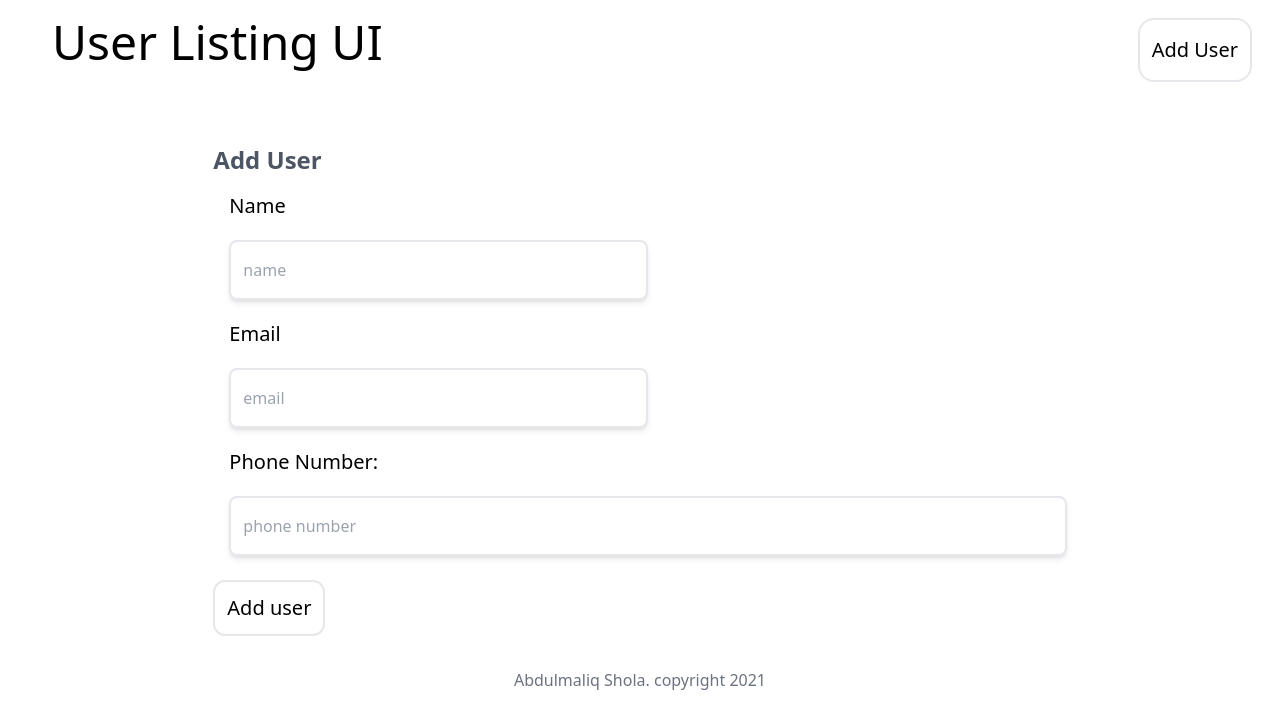
Repository: Marlstergo/listings
Page: /adduser (app in client/)
The author's editor kept a copy of each file at every save. The page is drawn from the files as they stood at one save, then again after the next save.
The browser window is 1280 px wide. The pictures show the whole page.
The project was rebuilt for these pictures with package versions that can differ from the ones it lists, and the page was loaded fresh each time. Also part of the build but not shown: client/craco.config.js, client/src/components/userRowhome.js, client/src/components/Home.js, client/src/components/UserRow.jsx, client/src/components/List.js, client/src/components/EditUser.js.

Above is the page before, as saved 2021-07-21 18:05:30.

### client/src/index.js
/* eslint-disable no-unused-vars */
import React from "react";
import ReactDOM from "react-dom";
import "./index.css";
import App from "./App";
import reportWebVitals from "./reportWebVitals";
import { BrowserRouter as Router } from 'react-router-dom';
import { Provider } from "react-redux";
import { store } from "./redux/store";
import { PersistGate } from "redux-persist/integration/react";
import { persistor } from "./redux/store";

ReactDOM.render(
  <React.StrictMode>
    <Provider store={store}>
      <Router>
        <PersistGate persistor={persistor}>
          <App />
        </PersistGate>
      </Router>
    </Provider>
  </React.StrictMode>,
  document.getElementById("root")
);

// If you want to start measuring performance in your app, pass a function
// to log results (for example: reportWebVitals(console.log))
// or send to an analytics endpoint. Learn more: https://bit.ly/CRA-vitals
reportWebVitals();

### client/src/App.js
import React, { useState } from "react";
import { BrowserRouter, Route, Switch, useLocation } from "react-router-dom";
import Header from "./components/Header";
import Home from "./components/Home";
import List from "./components/List";
import AddUser from "./components/addUser";
// import Toppings from "./components/Toppings";
import Order from "./components/EditUser";
// import Modal from "./components/Modal";
import { AnimatePresence } from "framer-motion";
import Footer from "./components/footer";

function App() {
  const location = useLocation();
  const showModal = true;

  return (
    <>
      <Header />
      {/* <Modal showModal={showModal} /> */}
      <AnimatePresence exitBeforeEnter>
        <BrowserRouter>
          <Switch>
            <Route exact name="home" path="/">
              <Home />
            </Route>
            {/* <Route exact path="/createUpdateUser">
            <Toppings />
          </Route> */}
            <Route path="/edit" exact name="order">
              <Order />
            </Route>
            <Route path="/view" exact name="view">
              <List />
            </Route>
            <Route path="/adduser" exact name="adduser">
              <AddUser />
            </Route>
          </Switch>
        </BrowserRouter>
      </AnimatePresence>
      <Footer />
    </>
  );
}

export default App;

### client/src/redux/store.js
import { createStore, applyMiddleware } from "redux";
import { logger } from 'redux-logger';
import {persistStore} from 'redux-persist';
// import thunk from 'redux-thunk'
import createSagaMiddleware from 'redux-saga'

import rootSaga from './root-sagas'

import rootReducer from './root-reducer';

const sagaMiddleware = createSagaMiddleware()

const middleware = [sagaMiddleware];

if( process.env.NODE_ENV === 'development'){
    middleware.push(logger)
}

export const store = createStore(rootReducer, applyMiddleware(...middleware))

sagaMiddleware.run(rootSaga)

export const persistor = persistStore(store)

export default (store, persistor);

### client/src/components/Header.js
import React from "react";
import { motion } from "framer-motion";
import { Link } from "react-router-dom";
import {withRouter} from 'react-router-dom'


const svgVariants = {
  hidden: { rotate: -180 },
  visible: {
    rotate: 0,
    transition: { duration: 1 },
  },
};

const pathVariants = {
  hidden: {
    opacity: 0,
    pathLength: 0,
  },
  visible: {
    opacity: 1,
    pathLength: 1,
    transition: {
      duration: 2,
      ease: "easeInOut",
    },
  },
};

const buttonVariants = {
  show: {
    y: [0, -20],
    x: 0,
    textShadow: "0px 0px 8px rgb(255,255,255)",
    boxShadow: "0px 0px 8px rgb(255,255,255)",
    transition: {
      duration: 0.3,
      yoyo: Infinity,
      ease: "easeOut",
    },
  },
};

const Header = ({history}) => {
  console.log(history.location.pathname)
  return (
    <header className="flex p-7 w-full justify-between  items-center">
      {/* <motion.div
        className="logo"
        drag
        dragConstraints={{ left: 0, top: 0, right: 0, bottom: 0 }}
        dragElastic={0.7}
      >

      </motion.div> */}
      <motion.div
        className=" flex justify-between w-full ml-6 text-xs"
        initial={{ y: -250 }}
        animate={{ y: -10 }}
        transition={{ delay: 0.2, type: "spring", stiffness: 120 }}
      >
        <a href="/" className=" pb-4 text-5xl">User Listing UI</a>
        <motion.button
          variants={buttonVariants}
          whileHover="hover"
          animate={`${history.location.pathname === '/adduser'?'':'show'}`}
          className="text-xl border-2 px-3 rounded-2xl active:bg-gray-200"
        >
          <a href="/adduser">Add User</a>
        </motion.button>
      </motion.div>
    </header>
  );
};

export default withRouter(Header);

### client/src/components/addUser.js
import React, { useEffect, useState } from "react";
import { motion } from "framer-motion";

const containerVariants = {
  hidden: {
    opacity: 0,
    x: "100vw",
    transition: {
      staggerChildren: 0.5,
    },
  },
  visible: {
    opacity: 1,
    x: 0,
    transition: {
      type: "spring",
      mass: 0.4,
      damping: 8,
      staggerChildren: 0.4,
      when: "beforeChildren",
    },
  },
};

const childVariants = {
  hidden: {
    opacity: 0,
  },
  visible: {
    opacity: 1,
  },
};

const AddUser = () => {
  const [userDetails, setUserDetail] = useState({
    name: "",
    email: "",
    phone: "",
  });
  const change = (e) => {
    const { value, name } = e.target;
    setUserDetail({ ...userDetails, [name]: value });
  };
  console.log(userDetails);
  return (
    <motion.div
      className="container order flex justify-center"
      variants={containerVariants}
      initial="hidden"
      animate="visible"
      exit="exit"
    >
      <div className="w-2/3 ">

        <motion.div variants={childVariants}></motion.div>
        <h1 className="text-gray-600 font-semibold pt-6 mb-4 focus:border-gray-500 focus:outline-none focus:ring-0 text-2xl">
          Add User
        </h1>

        <motion.form variants={childVariants} className="pl-4">
          <div className="flex flex-col">
            <label className="text-xl mb-5" htmlFor="">
              Name
            </label>
            <input
              onChange={change}
              type="text"
              name="name"
              className="px-3 py-4 w-1/2 border-2 rounded-lg shadow-md"
              id="name"
              placeholder="name"
            />
          </div>
          <div className="flex flex-col">
            <label className="text-xl my-5" htmlFor="">
              Email
            </label>
            <input
              onChange={change}
              type="text"
              name="email"
              className="px-3 py-4 w-1/2 rounded-lg shadow-md border-2"
              placeholder="email"
              id="email"
            />
          </div>
          <div className="flex flex-col">
            <label htmlFor="phone" className="text-xl my-5">
              Phone Number:
            </label>
            <input
              onChange={change}
              type="text"
              name="phone"
              className="px-3 py-4 w-full rounded-lg shadow-md border-2"
              id="phone"
              placeholder="phone number"
            />
          </div>
        </motion.form>
        <button className="text-xl py-3 active:bg-gray-200 border-2 px-3 rounded-xl mt-6 ">
          Add user
        </button>
        <motion.div variants={childVariants}></motion.div>
      </div>
    </motion.div>
  );
};

export default AddUser;

### client/src/components/footer.js
import React from 'react'

const Footer = () => {
  return (
    <footer className="fixed bottom-0 w-full">
      <div className="flex justify-center w-full items-center h-20">
        <p className="text-gray-500">Abdulmaliq Shola. copyright 2021</p>
      </div>
    </footer>
  )
}

export default Footer

### client/src/redux/root-sagas.js
import {all, call} from 'redux-saga/effects'
import {userSagas} from './user/user.sagas'


export default function* rootSaga(){
    yield all([
        call(userSagas),
    ])
}

### client/src/redux/root-reducer.js
import {combineReducers} from 'redux'
import userReducer from './user/user.reducer'
// import cartReducer from './cart/cart.reducer'
import {persistReducer} from 'redux-persist'
import storage from 'redux-persist/lib/storage'
// import directoryReducer from './directory/directory.reducer'
// import shopReducer from './shop/shop.reducer'

const persistConfig ={
    key: 'root',
    storage,
    whitelist: ['' ]
}
const rootReducer = combineReducers({
    user: userReducer,

})
export default persistReducer(persistConfig, rootReducer)

### client/src/redux/user/user.sagas.js
import { all, call, put, takeLatest } from "redux-saga/effects";

import UserActionTypes from "./user.types";
import { loadUserDetail } from "./user.action";
// import axios from "axios";
// import { getUserDetailsURL } from "../../components/stringConstants";

export function* getDetails() {
  yield console.log("i fired");

  // try {
  //   console.log("inside try");

  //   const res = yield axios.get(getUserDetailsURL);
  //   const data = yield res.data;
  //   console.log(res);
  //   yield put(loadUserDetail(data ? data.data[0] : {}));
  // } catch (err) {
  //   console.log(err.response);
  //   if (err.response && err.response.statusText === "Not Found") {
  //     // console.log("");
  //     window.location.href = "/profile/settings?newUser=0837";
  //   }
  // }
}

export function* getUserDetails() {
  yield takeLatest(UserActionTypes.GET_USER_DETAIL, getDetails);
}
// export function* loadUserDetails(){
//     yield takeLatest(UserActionTypes.LOAD_USER_DETAIL, loadDetails)
// }

export function* userSagas() {
  yield all([call(getUserDetails)]);
}

### client/src/redux/user/user.reducer.js
import UserActionTypes from "./user.types";
const INITIAL_STATE = {
  // currentUser: null,
  userDetail: {},
  demo: 'i am demo',
  location: null

};
const userReducer = (state = INITIAL_STATE, action) => {
  switch (action.type) {

    case UserActionTypes.LOAD_USER_DETAIL:
      return {
        ...state,
        userDetail: action.payload,
      };

    case UserActionTypes.COLLECT_GEOLOCATION:
      return {
        ...state,
        location: action.payload
      }
    default:
      return state;
  }
};

export default userReducer;

### client/src/redux/user/user.types.js
const UserActionTypes ={
    GOOGLE_SIGN_IN_START : 'GOOGLE_SIGN_IN_START',
    SIGN_IN_SUCCESS : 'SIGN_IN_SUCCESS',
    SIGN_IN_FAILURE : 'SIGN_IN_FAILURE',
    GET_USER_DETAIL: 'GET_USER_DETAIL',
    LOAD_USER_DETAIL: 'LOAD_USER_DETAIL',
    COLLECT_GEOLOCATION: 'COLLECT_GEOLOCATION',
    FETCH_GEOLOCATION: 'FETCH_GEOLOCATION'
}
export default UserActionTypes;

### client/src/redux/user/user.action.js
import UserActionTypes from './user.types'



// export const googleSignInStart = () => ({
//     type: UserActionTypes.GOOGLE_SIGN_IN_START
// })

// export const signInSuccess = (user) => ({
//     type: UserActionTypes.SIGN_IN_SUCCESS,
//     payload: user
// })

export const getUserDetail = () => ({
    type: UserActionTypes.GET_USER_DETAIL,

})
export const loadUserDetail = (details) => ({
    type: UserActionTypes.LOAD_USER_DETAIL,
    payload: details
})

export const fetchGeoloction = () => ({
    type: UserActionTypes.FETCH_GEOLOCATION
})
export const collectGeolocation = (location) => ({
    type: UserActionTypes.COLLECT_GEOLOCATION,
    payload: location
})
// })

### client/tailwind.config.js
// tailwind.config.js
module.exports = {
  // mode:'jit',
  purge: ["./src/**/*.{js,jsx,ts,tsx}", "./public/index.html"],
  darkMode: false, // or 'media' or 'class'
  theme: {
    extend: {},
  },
  variants: {
    extend: {
      backgroundColor: ["active"],
    },
  },
  plugins: [],
};

Loaded but not shown: client/public/index.html (common file); client/src/index.css (common file); client/src/reportWebVitals.js (common file)

After the next save:
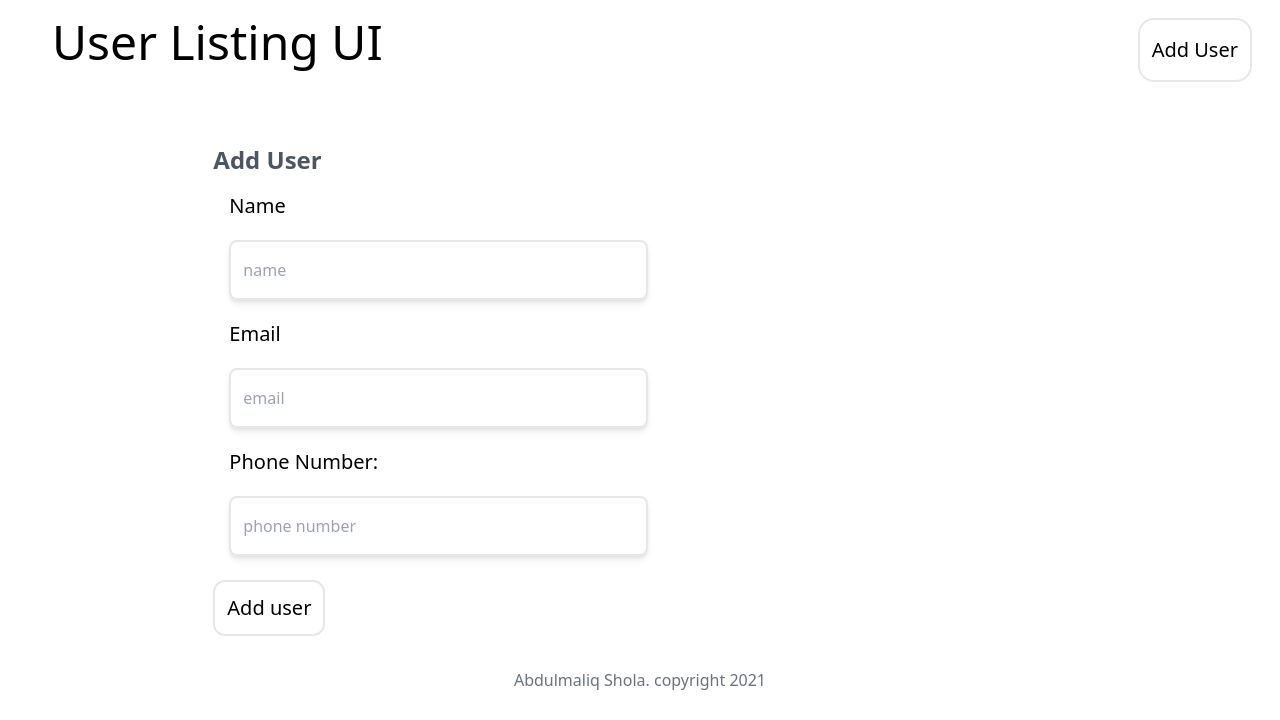
Saved 49 s later.
--- a/client/src/components/addUser.js
+++ b/client/src/components/addUser.js
@@ -66,7 +66,7 @@ const AddUser = () => {
               onChange={change}
               type="text"
               name="name"
-              className="px-3 py-4 w-1/2 border-2 rounded-lg shadow-md"
+              className="px-3 py-4 w-full md:w-2/3 lg:w-1/2 border-2 rounded-lg shadow-md"
               id="name"
               placeholder="name"
             />
@@ -79,7 +79,7 @@ const AddUser = () => {
               onChange={change}
               type="text"
               name="email"
-              className="px-3 py-4 w-1/2 rounded-lg shadow-md border-2"
+              className="px-3 py-4 w-full md:w-2/3 lg:w-1/2 rounded-lg shadow-md border-2"
               placeholder="email"
               id="email"
             />
@@ -92,7 +92,7 @@ const AddUser = () => {
               onChange={change}
               type="text"
               name="phone"
-              className="px-3 py-4 w-full rounded-lg shadow-md border-2"
+              className="px-3 py-4 w-full md:w-2/3 lg:w-1/2 rounded-lg shadow-md border-2"
               id="phone"
               placeholder="phone number"
             />
